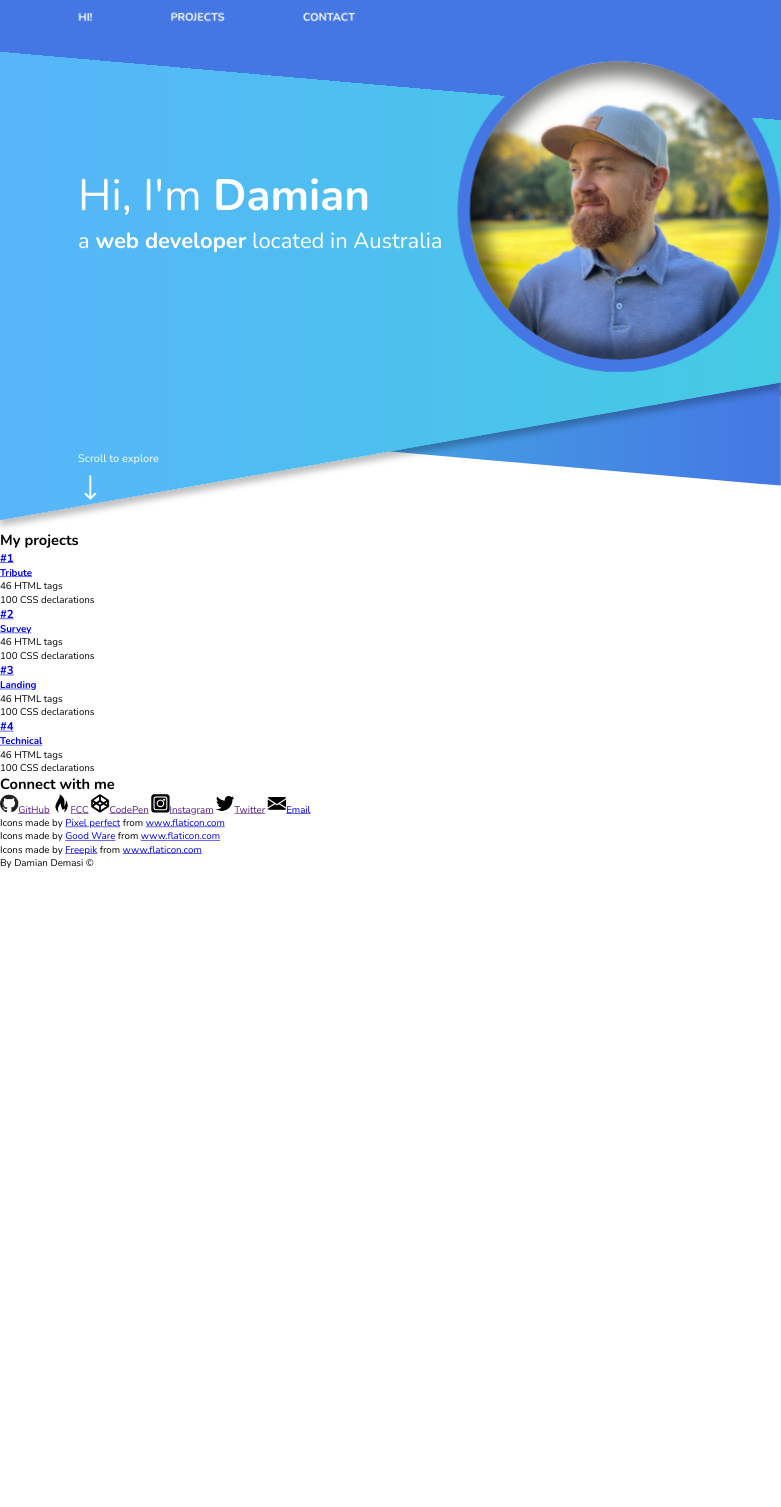
Repository: Colo-Codes/freecodecamp-05-Personal-Portfolio-Webpage
Page: index.html
The author's editor kept a copy of each file at every save. The page is drawn from the files as they stood at one save, then again after the next save.
The browser window is 1280 px wide. The pictures show the whole page, at 61% of full size.

Above is the page before, as saved 2021-06-03 14:05:12.

After the next save:
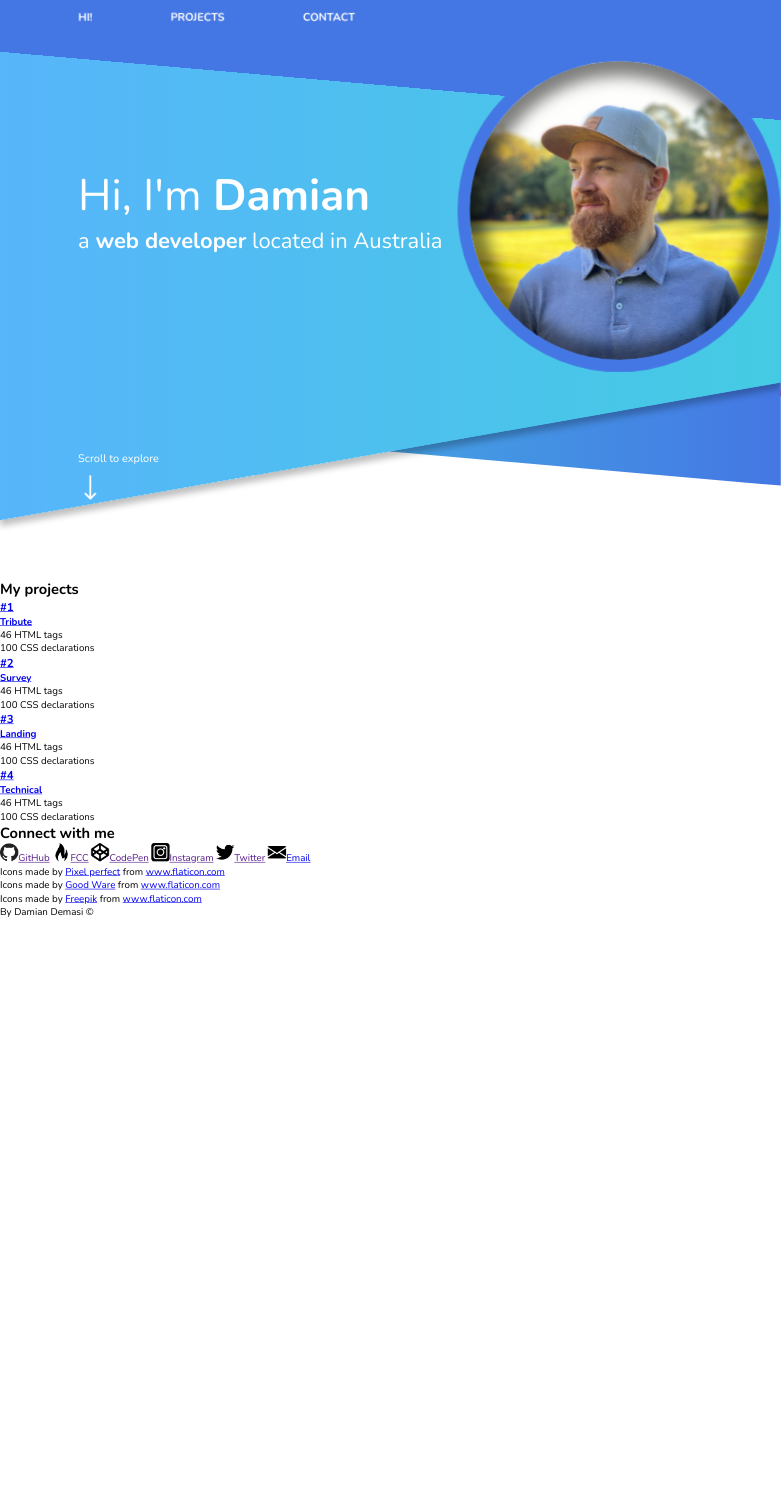
Saved 5 s later.
--- a/css/index.css
+++ b/css/index.css
@@ -143,5 +143,5 @@ body {
 /* Projects */
 
 #projects {
-    margin-top: -100rem;
+    margin-top: -95rem;
 }
